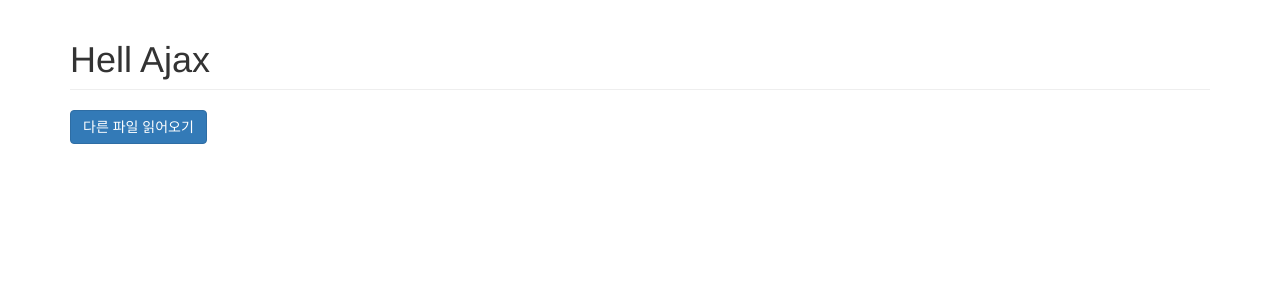
Repository: philip-yoo/test4
Page: aj/Hello/WebContent/jq15/03-get.html
An editor plug-in stored every save of this project. The page is shown before and after the next save, followed by the edit.
The browser window is 1280 px wide. The pictures show the whole page.

Above is the page before, as saved 2020-12-02 05:44:23.

After the next save:
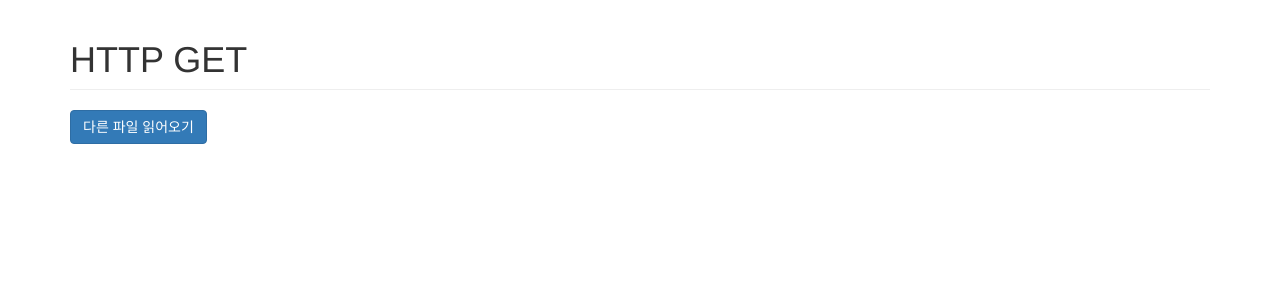
Saved 49 s later.
--- a/aj/Hello/WebContent/jq15/03-get.html
+++ b/aj/Hello/WebContent/jq15/03-get.html
@@ -11,13 +11,15 @@ maximum-scale=1.0,user-scalable=no" />
     <script src="http://maxcdn.bootstrapcdn.com/bootstrap/3.3.6/js/bootstrap.min.js"></script>
     <link rel="shortcut icon" href="/favicon.ico" type="image/x-icon">
 <link rel="icon" href="/favicon.ico" type="image/x-icon">
+
 <!-- AjaxHelper -->
 <script src="../plugins/ajax/ajax_helper.js"></script>
 <link rel="stylesheet" href="../plugins/ajax/ajax_helper.css" type="text/css" />
 </head>
+
 <body>
 <div class="container">
-<h1 class="page-header">Hell Ajax</h1>
+<h1 class="page-header">HTTP GET</h1>
 <button id ="mybutton" class="btn btn-primary" type="button">다른 파일 읽어오기</button>
 <!-- 결과가 출력될 div -->
 <div id="result"></div>
